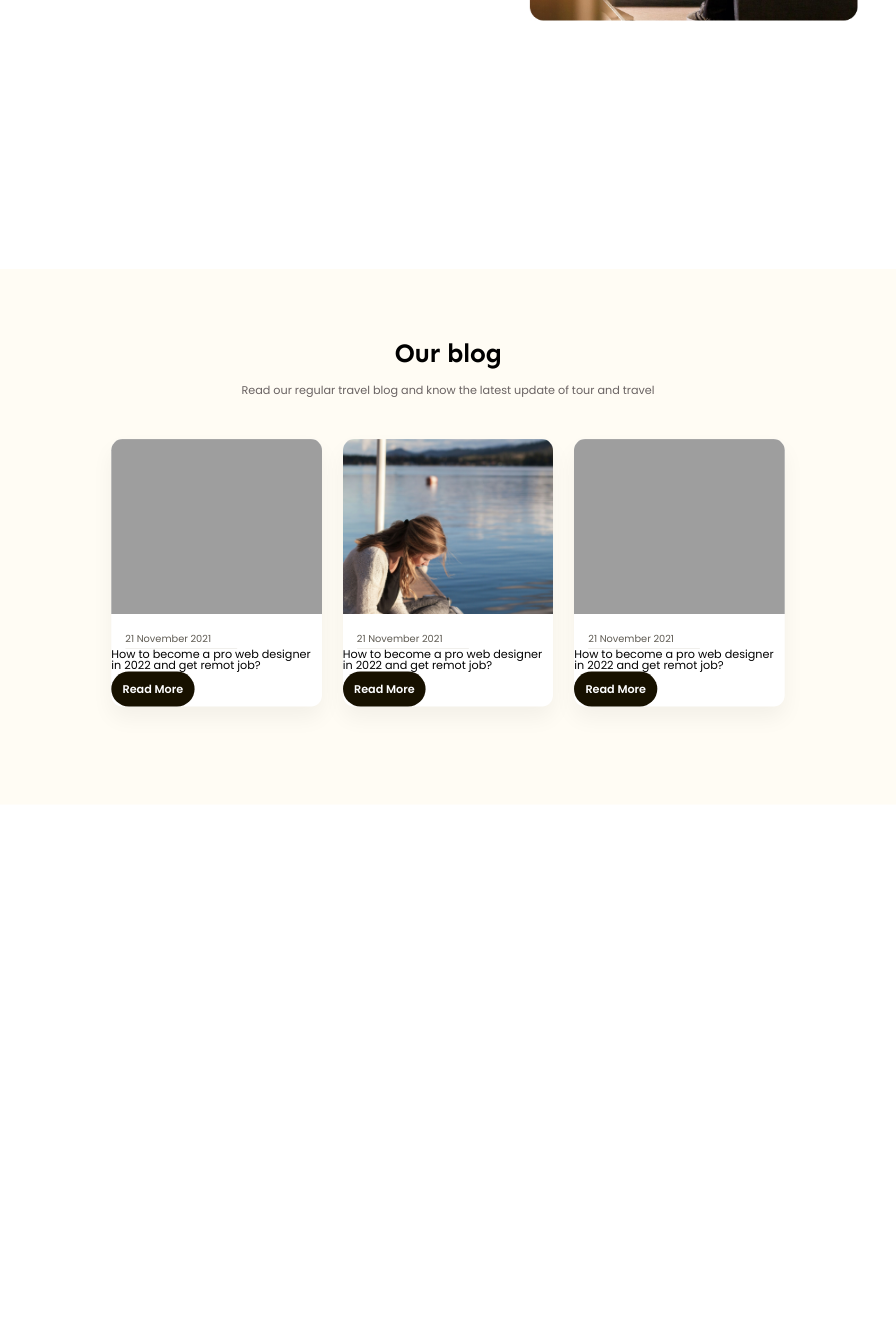
Repository: Toihoclaptrinh/duan1_figma
Page: index.html
An editor plug-in stored every save of this project. The page is shown before and after the next save, followed by the edit.
The browser window is 1280 px wide. The pictures show the part of the page from y = 3596 to 5516 px (the page is 10000 px tall), at 70% of full size.
Pictures or frames that could not be fetched are drawn as grey boxes.

Above is the page before, as saved 2024-02-17 03:34:33.

After the next save:
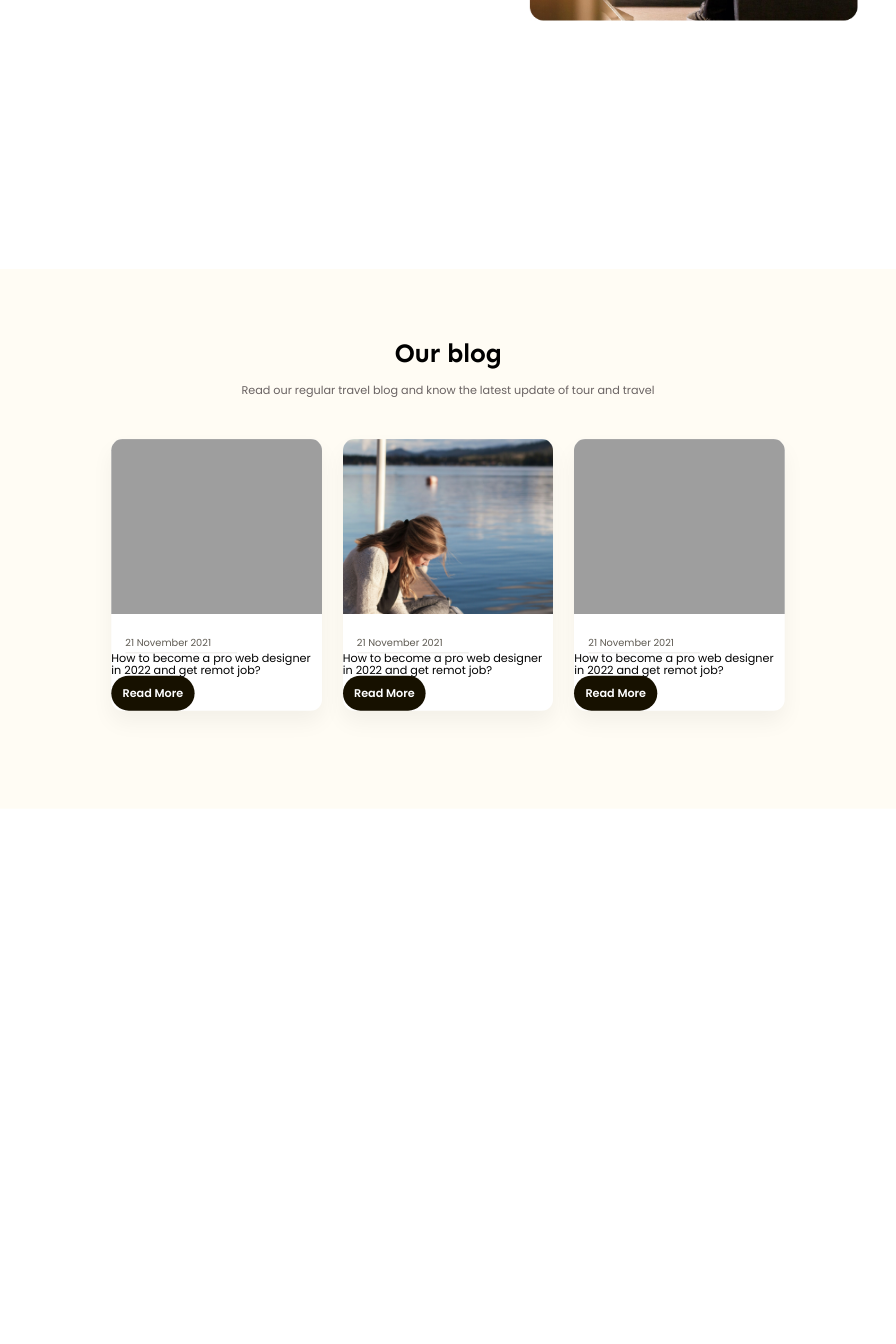
Saved 11 s later.
--- a/assets/css/style.css
+++ b/assets/css/style.css
@@ -643,6 +643,9 @@ a {
 .blog-item .blog-content .date::before {
   content: "";
   display: block;
+  width: 6px;
+  height: 6px;
+  flex-shrink: 0;
 }
 
 .blog-item .blog-content .date::after {
